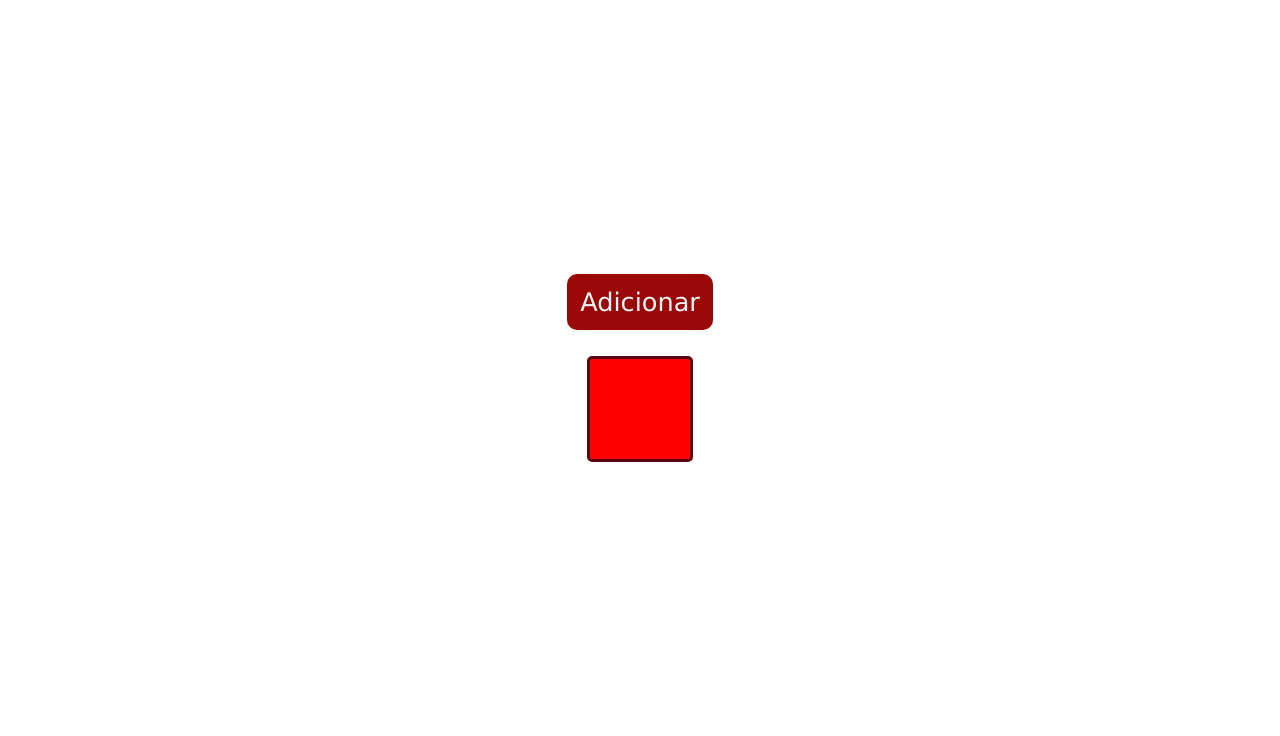
Repository: Orifiel/teste
Page: desafioMod2/desafioJavascript0201.html
These files come from the project's save history. The page is drawn as it stood at one moment and after the next save; the edit follows.
The browser window is 1280 px wide. The pictures show the whole page.

Above is the page before, as saved 2020-08-12 16:25:22.

### desafioMod2/desafioJavascript0201.html
<!--
1º exercício
Crie um botão que ao ser clicado cria um novo elemento em tela com a forma de um quadrado
vermelho com 100px de altura e largura. Sempre que o botão for clicado um novo quadrado deve
aparecer na tela.
-->
<!DOCTYPE html>
<html lang="en">
<head>
    <meta charset="UTF-8">
    <meta name="viewport" content="width=device-width, initial-scale=1.0">
    <link rel="text" href="./desafioJavascript0201.js">
    <title>Document</title>
</head>
<body>
    <style>

        .button-container{
            height: 100vh;
            display: flex;
            justify-content: center;
            align-items: center;
            flex-direction: column;
        }

        .button-container .getsquadred {
            font-size: 1.6rem;
            padding: 0.8rem;
            margin-bottom: 1.6rem;
            border: 0;
            outline: none;
            border-radius: 10px;
            background-color: rgb(155, 8, 8);
            color: whitesmoke;
            font-family: verdana;
        }
        .button-container .getsquadred:hover{
            background-color: rgb(226, 53, 53)
        }

        .container-squads {
            width: 100px;
            height: 100px;
            background-color: red;
            border: 3px solid #5a0511;
            border-radius: 5px;
        }

    </style>
    <div class="button-container">
     <button class="getsquadred" onclick="getSquadRed()">Adicionar</button>


        <div class="container-squads">

        </div>
    </div>
</body>
</html>

After the next save:
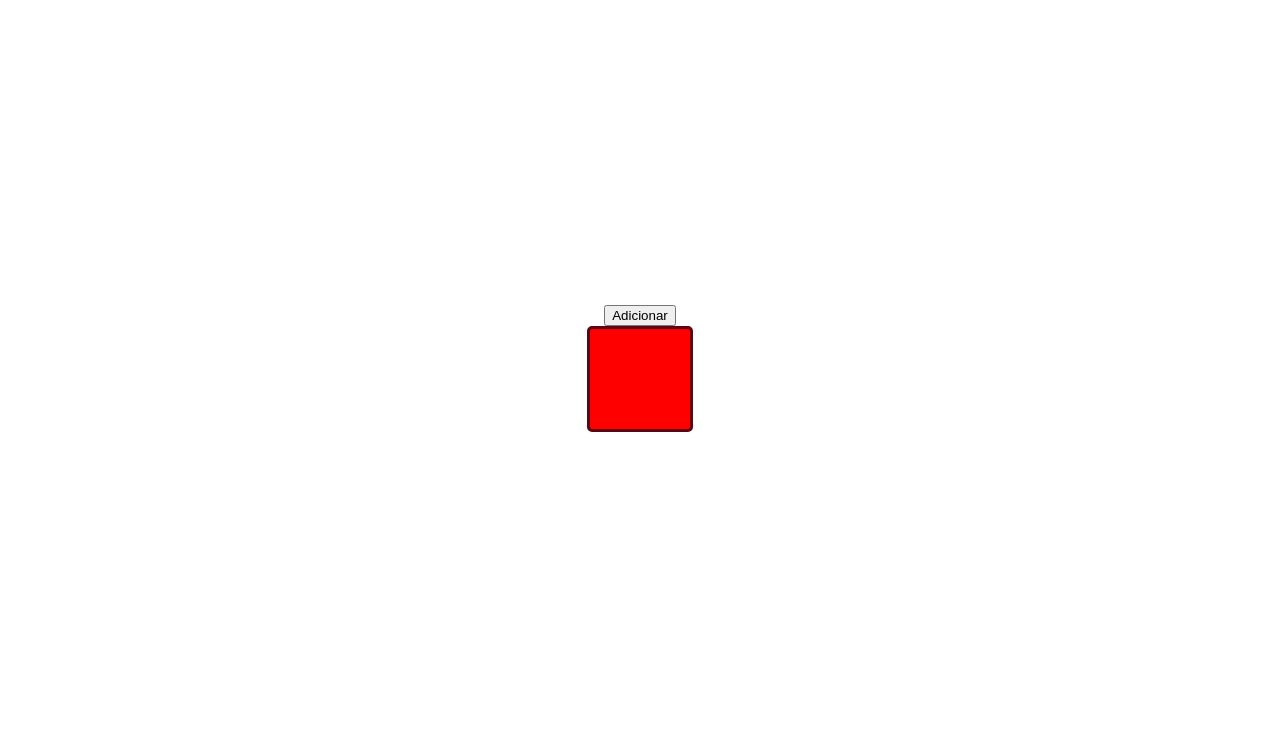
Saved 31 s later.
--- a/desafioMod2/desafioJavascript0201.html
+++ b/desafioMod2/desafioJavascript0201.html
@@ -48,7 +48,7 @@ aparecer na tela.
 
     </style>
     <div class="button-container">
-     <button class="getsquadred" onclick="getSquadRed()">Adicionar</button>
+     <button id="getsquadred" onclick="getSquadRed()">Adicionar</button>
 
 
         <div class="container-squads">

After the save that followed:
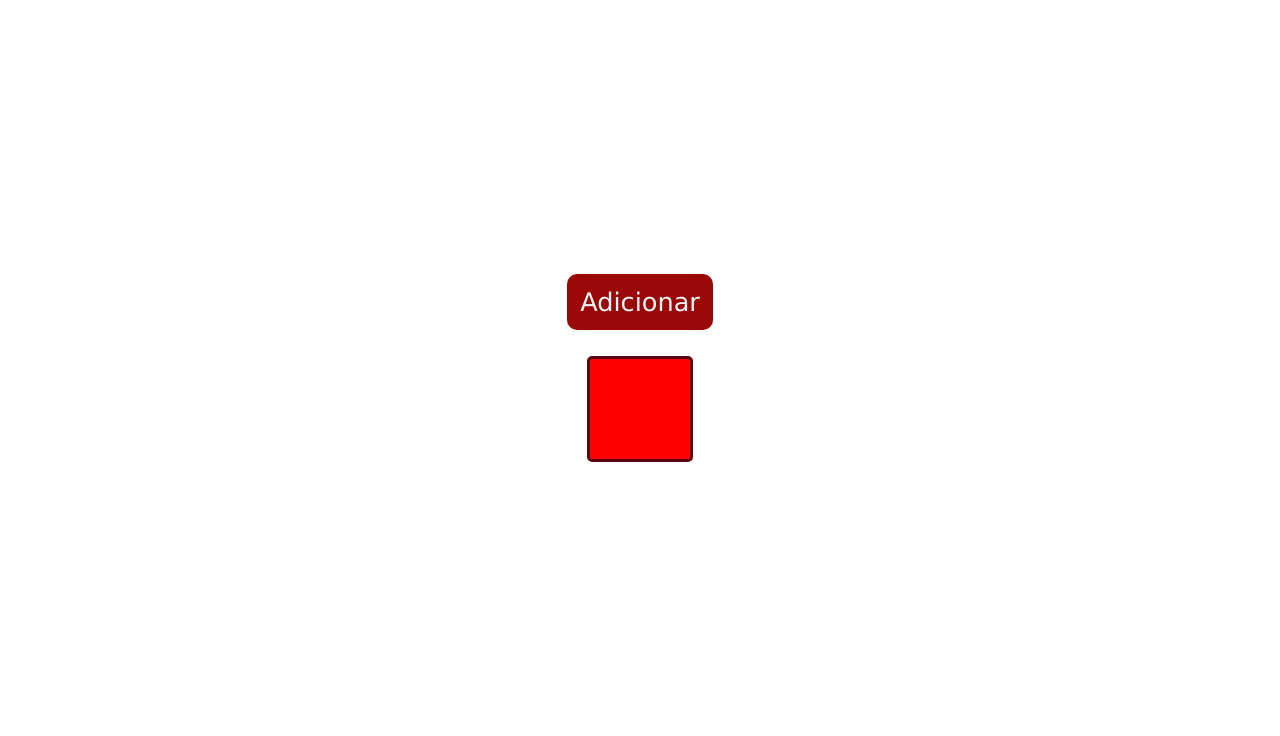
Saved 10 s later.
--- a/desafioMod2/desafioJavascript0201.html
+++ b/desafioMod2/desafioJavascript0201.html
@@ -23,7 +23,7 @@ aparecer na tela.
             flex-direction: column;
         }
 
-        .button-container .getsquadred {
+        .button-container #getsquadred {
             font-size: 1.6rem;
             padding: 0.8rem;
             margin-bottom: 1.6rem;
